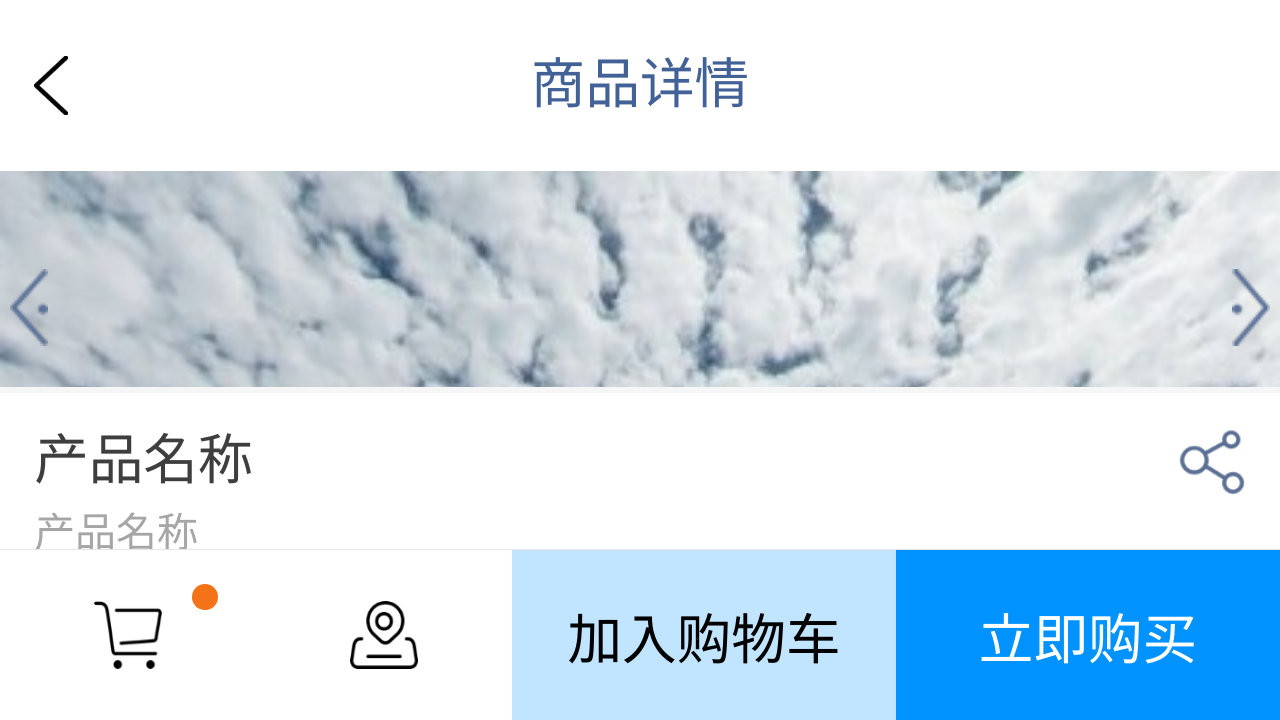
Repository: 421538074/sell
Page: consumer/goods-detail.html
An editor plug-in stored every save of this project. The page is shown before and after the next save, followed by the edit.
The browser window is 1280 px wide. The pictures show the whole page.
An inner scrolling area shows only its first screen.

Above is the page before, as saved 2019-05-30 17:32:36.

### consumer/goods-detail.html
<!DOCTYPE html>
<html lang="en">

<head>
    <meta charset="UTF-8">
    <meta name="viewport" content="width=device-width, initial-scale=1.0">
    <meta http-equiv="X-UA-Compatible" content="ie=edge">
    <title>商品详情</title>
    <link rel="stylesheet" href="../css/jquery.weui.css">
    <link rel="stylesheet" href="../css/base.css">
    <link rel="stylesheet" href="css/common.css">
    <link rel="stylesheet" href="../css/swiper.min.css">
    <link rel="stylesheet" href="css/goods-detail.css">
</head>

<body>
    <div id="app" class="content" :class="{blur:isShowPhotoReview}">
        <nav class="nav-bar-wrapper">
            <img src="../img/back.png" class="back-icon">
            <p class="nav-bar-title">商品详情</p>
        </nav>
        <div class="goods-pictures-wrapper">
            <div class="swiper-container swiper-container-pictures">
                <div class="swiper-wrapper">
                    <div class="swiper-slide" v-for="item in 5">
                        <img @click="openPhotoPreview" src="../img/1.jpg" class="slide-img" alt="">
                    </div>
                </div>
                <div class="swiper-button-next"></div>
                <div class="swiper-button-prev"></div>
            </div>
        </div>
        <div class="goods-detail-wrapper">
            <p class="main-title-wrapper">
                <span class="goods-title">产品名称</span>
                <img src="../img/share-icon.png" class="share-action-icon">
            </p>
            <p class="goods-title-desc">产品名称</p>
            <div class="goods-price-delivery">
                <p class="goods-price">￥123.00</p>
                <p class="delivery-fee">快递：免邮</p>
                <p class="sell-counts-month">月销量：124件</p>
            </div>
        </div>
        <div class="tab-bar-wrapper">
            <div @click="switchTab(0)" :class="{active:currentIndex == 0}" class="tab-bar-item">商品详情</div>
            <div @click="switchTab(1)" :class="{active:currentIndex == 1}" class="tab-bar-item">基本信息</div>
            <div @click="switchTab(2)" :class="{active:currentIndex == 2}" class="tab-bar-item">买家评论</div>
        </div>
        <div class="tab-content-wrapper">
            <div v-show="currentIndex == 0" class="content-detail">
                <img v-for="n in 10" src="../img/雷姆.jpg">
            </div>
            <div v-show="currentIndex == 1" class="content-detail">
                <p v-for="n in 10">看来地方静安寺发的水立方空间</p>
            </div>
            <div v-show="currentIndex == 2" class="content-detail">
                <p class="show-all-comments-count">
                    <span class="all-comments-title">全部评论（12）</span>
                    <img src="../img/arrow-right.png" class="review-all-icon">
                </p>
                <ul class="comments-list-wrapper">
                    <li v-for="n in 12" class="comment-item">
                        <img src="../img/1.jpg" class="user-logo">
                        <div class="username-socre">
                            <p class="username-date">
                                <span class="nickname">
                                    用户名称
                                </span>
                                <span class="comment-date">
                                    03月23日
                                </span>
                            </p>
                            <p class="score">
                                <img v-for="n in 4" src="../img/Star1.png" class="score-icon">
                                <img v-for="n in 1" src="../img/Star.png" class="score-icon">
                            </p>
                            <p class="comment-content">
                                评论内容发打开了房间打开了房间的发的拉粉丝空间的范德萨拉风科技的副科级偶给国家疯狂进攻该放垃圾而欧冠对方拉结公安
                            </p>
                            <p class="comment-img-wrapper">
                                <img v-for="n in 4" src="../img/1.jpg" class="comment-img">
                            </p>
                        </div>
                    </li>
                </ul>
            </div>
        </div>
        <div class="operation-bar">
            <span class="shop-cart">
                <img src="../img/shop-cart.png" class="shop-cart-icon">
                <i class="num-icon"></i>
            </span>
            <span class="address">
                <img src="../img/positon.png" class="position-icon">
            </span>
            <button class="add-to-cart">加入购物车</button>
            <button @click="openPhotoPreview" class="buy-now">立即购买</button>
        </div>
        <!-- 图片预览的数字 -->
        <span class="preview-num">
            1 / 5
        </span>
    </div>
    <script src="../js/api.js"></script>
    <script src="../js/jquery.min.js"></script>
    <script src="../js/swipe.js"></script>
    <script src="../js/swiper.min.js"></script>
    <script src="../js/weui.min.js"></script>
    <script src="../js/vue.js"></script>
    <script src="js/vue-mixin.js"></script>
    <script src="js/goods-detail.js"></script>
</body>

</html>

### css/base.css
/* http://meyerweb.com/eric/tools/css/reset/
   v2.0 | 20110126
   License: none (public domain)
*/

html,
body,
div,
span,
applet,
object,
iframe,
h1,
h2,
h3,
h4,
h5,
h6,
p,
blockquote,
pre,
a,
abbr,
acronym,
address,
big,
cite,
code,
del,
dfn,
em,
img,
ins,
kbd,
q,
s,
samp,
small,
strike,
strong,
sub,
sup,
tt,
var,
b,
u,
i,
center,
dl,
dt,
dd,
ol,
ul,
li,
fieldset,
form,
label,
legend,
table,
caption,
tbody,
tfoot,
thead,
tr,
th,
td,
article,
aside,
canvas,
details,
embed,
figure,
figcaption,
footer,
header,
hgroup,
menu,
nav,
output,
ruby,
section,
summary,
time,
mark,
audio,
video {
    margin: 0;
    padding: 0;
    border: 0;
    font-size: 100%;
    font: inherit;
    vertical-align: baseline;
}

/* HTML5 display-role reset for older browsers */
article,
aside,
details,
figcaption,
figure,
footer,
header,
hgroup,
menu,
nav,
section {
    display: block;
}

body {
    line-height: 1;
}

ol,
ul {
    list-style: none;
}

blockquote,
q {
    quotes: none;
}

blockquote:before,
blockquote:after,
q:before,
q:after {
    content: '';
    content: none;
}

table {
    border-collapse: collapse;
    border-spacing: 0;
}


body,
html {
    font-size: calc(100vw / 37.5) !important;
    font-family: PingFangSC-Medium;
    background: #F2F2F2;
}


[v-cloak] {
    display: none;
}


hr {
    margin: 0;
    padding: 0;
}

.clearfix {
    zoom: 1;
}

.clearfix:after {
    content: ".";
    display: block;
    visibility: hidden;
    height: 0;
    clear: both;
}

[v-cloak] {
    display: none;
}

### consumer/css/common.css
*{
    box-sizing: border-box;
}
html,body{
    background: #f6f6f6;
}
html,body,div.content{
    height: 100%;
}
/*底部菜单栏*/
nav.tool-bar-wrapper {
    height: 5rem;
    background: #ffffff;
    display: flex;
    align-items: center;
    justify-content: space-around;
}
a.nav-item {
    color: #888888;
    text-decoration: none;
    font-size: 1.5rem;
    display: flex;
    flex-direction: column;
    align-items: center;
    justify-content: space-around;
    height: 90%;
}
a.nav-item.active{
    color: #0093FF;
}
img.nav-item-icon{
    width: 1.5rem;
    height: 1.5rem;
}
.ellipsis{
    overflow: hidden;
    white-space: nowrap;
    text-overflow: ellipsis;
}
/*顶部返回栏 */
nav.nav-bar-wrapper {
    background: #FFFFFF;
    height: 5rem;
    display: flex;
    align-items: center;
    justify-content: space-around;
    position: fixed;
    width: 100%;
    top: 0;
    z-index: 2;
    font-size: 1.6rem;
    color: #426196;
}
img.back-icon {
    position: absolute;
    width: 1rem;
    left: 1rem;
}

### consumer/css/goods-detail.css
div.content{
    padding: 5rem 0;
    overflow: scroll;
}
div.content.blur{
    filter: blur(1rem);
}
.goods-pictures-wrapper ,.swiper-container-pictures{
    max-height: 30vh;
    overflow: hidden;
}
img.slide-img{
    width: 100%;
    height: 100%;
}
.swiper-button-next, .swiper-button-prev,
.swiper-button-prev, .swiper-container-rtl .swiper-button-next{
    outline: 0;
}
.swiper-button-prev, .swiper-container-rtl .swiper-button-next{
    background-image: url(../../img/left-arrow.png);
    background-size: 100% auto;
}
.swiper-button-next, .swiper-container-rtl .swiper-button-prev {
    background-image: url(../../img/right-arrow.png);
    background-size: 100% auto;
}
.swiper-button-next, .swiper-button-prev {
    width: 3vw;
    height: 8vw;
}
.goods-detail-wrapper {
    margin-top: 0.2rem;
    background: #ffffff;
    padding: 1rem;
}
p.main-title-wrapper {
    color: #3E3E3E;
    font-size: 1.6rem;
    display: flex;
    align-items: center;
    justify-content: space-between;
}
img.share-action-icon {
    width: 2rem;
}
p.goods-title-desc {
    font-size: 1.2rem;
    color: #A6A6A6;
    padding: 0.5rem 0;
}
.goods-price-delivery {
    display: flex;
    align-items: center;
    justify-content: space-between;
    padding: 0.5rem 0;
}
p.goods-price {
    color: #E85B27;
    font-size: 2rem;
}
p.delivery-fee ,p.sell-counts-month{
    color: #A6A6A6;
    font-size: 1.2rem;
}
p.delivery-fee {
    margin-left: 5rem;
}
.tab-bar-wrapper {
    display: flex;
    align-items: center;
    justify-content: space-around;
    height: 4rem;
    background: #fff;
    margin-top: 0.2rem;
}
.tab-bar-item {
    height: 100%;
    line-height: 4rem;
    color: #888888;
    font-size: 1.4rem;
    position: relative;
}
.tab-bar-item.active {
    color: #000000;
}
.tab-bar-item.active::after {
    content: '';
    position: absolute;
    width: 100%;
    height: 2px;
    background: #FFD162;
    bottom: -2px;
    left: 0;
    border-radius: 1rem;
}
.operation-bar {
    border-top: 1px solid #E6E6E6;
    height: 5rem;
    display: flex;
    align-items: center;
    justify-content: space-between;
    position: fixed;
    width: 100%;
    bottom: 0;
    background: #ffffff;
}
span.shop-cart,span.address {
    width: 20%;
    height: 2rem;
    position: relative;
    text-align: center;
}
img.shop-cart-icon,img.position-icon {
    width: 2rem;
    height: 100%;
}
button.add-to-cart,button.buy-now {
    border: none;
    height: 100%;
    outline: 0;
    flex: 1;
}
button.add-to-cart {
    background: #C1E5FF;
    color: #000000;
    font-size: 1.6rem;
}
button.buy-now {
    background: #0093FF;
    color: #ffffff;
    font-size: 1.6rem;
}
.tab-content-wrapper {
    margin-top: 2px;
    background: #FFFFFF;
}
.content-detail img {
    width: 100%;
    height: auto;
    display: block;
}
.content-detail p {
    font-size: 1.4rem;
    padding: 1rem;
    line-height: 1.6rem;
    color: #3E3E3E;
    display: flex;
    align-items: center;
    justify-content: space-between;
}
i.num-icon {
    display: block;
    position: absolute;
    width: 0.75rem;
    height: 0.75rem;
    background: #F47319;
    border-radius: 50%;
    top: -0.5rem;
    right: 15%;
}
img.review-all-icon {
    width: 0.8rem;
}
span.all-comments-title {
    color: #000000;
    font-size: 1.4rem;
}
img.user-logo {
    width: 4rem;
    height: 4rem;
    border-radius: 50%;
}
.comment-item {
    display: flex;
    align-items: flex-start;
    justify-content: space-between;
    padding: 0 1rem;
}
.username-socre {
    flex: 1;
}
span.nickname {
    color: #000000;
    font-size: 1.4rem;
}
span.comment-date {
    color: #B6B6B6;
    font-size: 1.2rem;
}
p.username-date,p.score {
    margin-top: 0.2rem;
    padding: 0 1rem;
}
p.score{
    justify-content: flex-start;
}
img.score-icon {
    width: 1.5rem;
    margin-right: 0.3rem;
}
p.comment-img-wrapper {
    justify-content: flex-start;
}
img.comment-img {
    width: 15vw;
    height: 15vw;
    border-radius: 0.2rem;
    margin-right: 3.2vw;
}
.weui-photo-browser-modal{
    z-index: 3;
    background: transparent;
}
.photo-container {
    padding: 1rem;
}
.weui-photo-browser-modal .photo-container img{
    border-radius: 1rem;
}

### js/api.js
function getUrlKey(name) {
    return decodeURIComponent((new RegExp('[?|&]' + name + '=' + '([^&;]+?)(&|#|;|$)').exec(location.href) || [, ""])[1].replace(/\+/g, '%20')) || null;
}


// window.warn = {
//     alert: function alert(msg) {
//         var template = `
// `
//         $('body').append(template);
//         $('.alert-body').animate({
//             top: "40px"
//         }, 200);
//         // setTimeout(function () {
//         //     warn.close();
//         // }, 1500);
//     },
//     close: function close() {
//         $('.alert-body').animate({
//             top: "-280px"
//         }, 200);
//         setTimeout(function () {
//             $('#alert-msg').remove();
//         }, 200);
//     }
// };

### consumer/js/vue-mixin.js
Vue.mixin({
    methods: {
        /**
         * 返回
         */
        back() {
            history.go(-1);
        },
        /**
         * 限制长度
         * @param {String} 要限制长度的字段
         * @param {Number} 长度
         */
        limitLength(key, length) {
            this[key] = this[key].substring(0, length);
        },
        /**
         * 验证11位手机号
         * @param {Number} phone
         */
        validatePhone(phone) {
            const phoneReg = /^[1-9][0-9]{9}[0-9]$/;
            return phoneReg.test(phone);
        },
        /**
         * 发送手机验证码
         * @param {Number} waitTimeKey 等待时间键名
         * @param {String} tipsKey 发送验证码显示的信息的键名
         * @param {String} phoneKey 手机号键名
         * @param {String} reSendMsg  按钮默认显示的文字
         */
        sendCode(waitTimeKey, tipsKey, phoneKey, defaultMsg) {
            if (!this.validatePhone(this[phoneKey])) {
                alert('无效手机号!');
                return;
            }
            if (this[waitTimeKey] == 60) {
                $.post('', {
                        phone: this[phoneKey]
                    }, (res) => {
                        if (res.status == 1) {
                            const interval = setInterval(() => {
                                if (this[waitTimeKey] == 1) {
                                    this[waitTimeKey] = 60;
                                    this[tipsKey] = defaultMsg;
                                    clearInterval(interval);
                                    return;
                                }
                                this[waitTimeKey] -= 1;
                                this[tipsKey] = `${this[waitTimeKey]}s`;
                            }, 1000);
                        } else {
                            alert('发送失败!');
                        }
                    }, 'json')
                    .fail(err => {
                        alert('服务器异常!');
                    });
            }
        },
        /**
         * 链接跳转
         * @param {String} url
         */
        linkTo(url) {
            window.location.href = url;
        }
    },
    filters: {

    }
})

### consumer/js/goods-detail.js
new Vue({
    el: '#app',
    data() {
        return {
            currentIndex: 0,
            photoPreview: '',
            isShowPhotoReview:false,
            currentPreviewIndex:0
        }
    },
    methods: {
        initSwiper() {
            if(this.isInitSwiper) {
                return;
            }
            this.isInitSwiper = true;
            new Swiper('.swiper-container', {
                slidesPerView: 1,
                spaceBetween: 30,
                loop: true,
                autoplay: true,
                navigation: {
                    nextEl: '.swiper-button-next',
                    prevEl: '.swiper-button-prev',
                },
            });
        },
        initPhotoPreview() {
            var vm = this;
            this.photoPreview = $.photoBrowser({
                items: ["../../img/1.jpg", "../../img/1.jpg", "../../img/1.jpg", "../../img/1.jpg", "../../img/1.jpg"],
                onClose:function() {
                    vm.isShowPhotoReview =false;
                },
                onSlideChange:function(index) {
                    this.currentPreviewIndex = index;
                }
            });

        },
        openPhotoPreview() {
            this.photoPreview.open();
            this.isShowPhotoReview = true;
        },
        switchTab(index) {
            if (this.currentIndex != index) {
                this.currentIndex = index;
            }
        }
    },
    mounted() {
        this.$nextTick(() => {
            this.initSwiper();
            this.initPhotoPreview();
        });
    },
});

Loaded but not shown: css/jquery.weui.css (library); css/swiper.min.css (library); js/jquery.min.js (library); js/swipe.js (library); js/swiper.min.js (library); js/weui.min.js (library); js/vue.js (library)

After the next save:
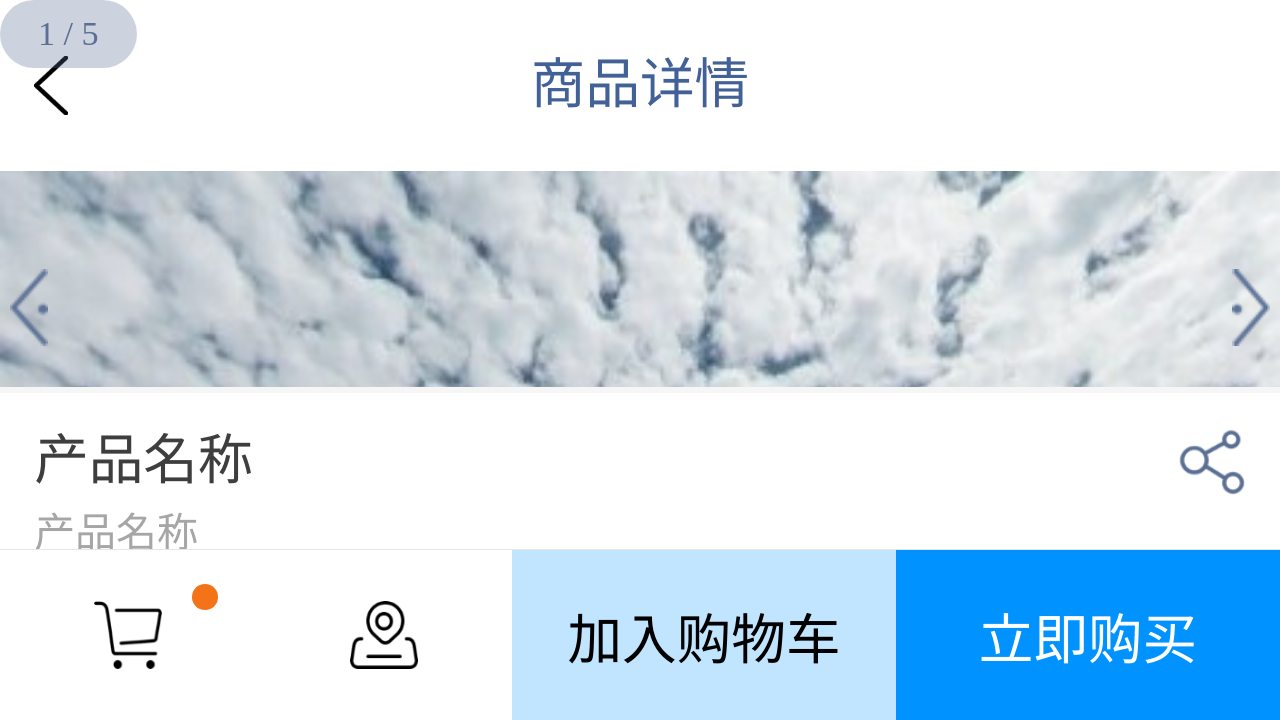
Saved 2 min 18 s later.
--- a/consumer/css/goods-detail.css
+++ b/consumer/css/goods-detail.css
@@ -218,3 +218,17 @@ img.comment-img {
 .weui-photo-browser-modal .photo-container img{
     border-radius: 1rem;
 }
+span.preview-num {
+    position: fixed;
+    display: flex;
+    min-width: 4rem;
+    height: 2rem;
+    z-index: 3;
+    top: 0;
+    left: 0;
+    border-radius: 5rem;
+    background: rgba(89, 109, 145, 0.3);
+    align-items: center;
+    justify-content: center;
+    color: #5A6F93;
+}

After the save that followed:
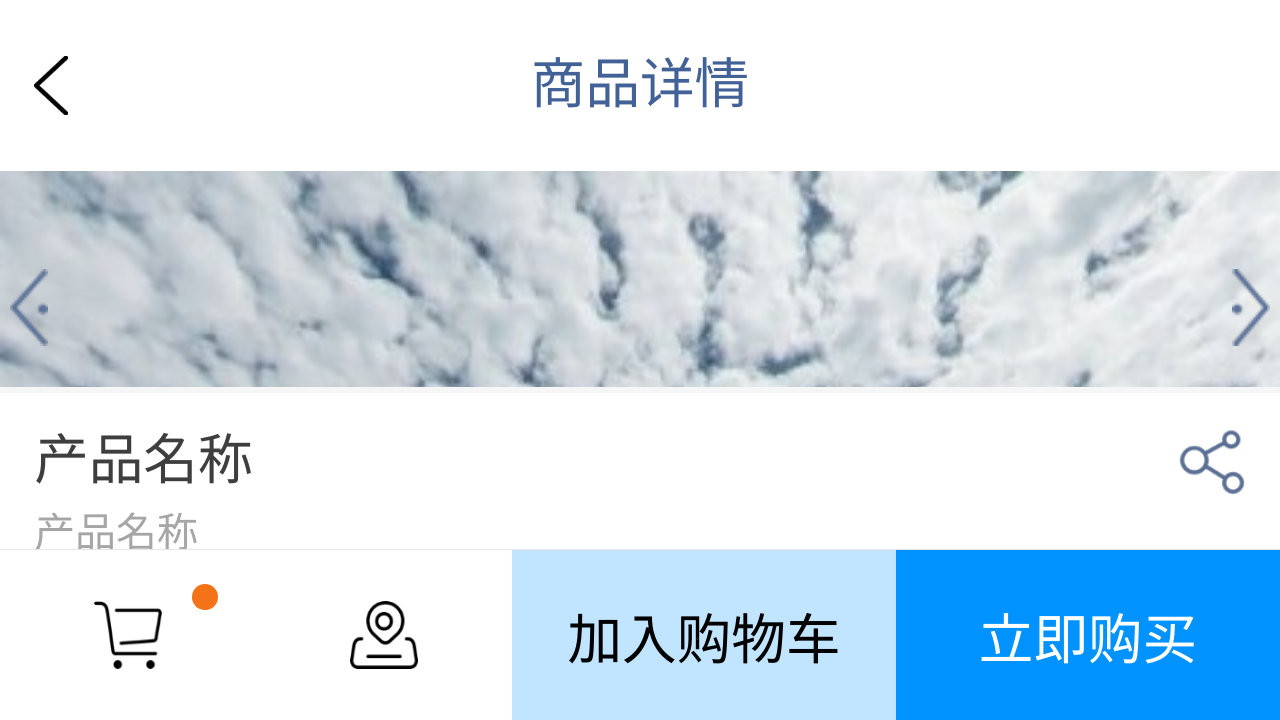
Saved 96 s later.
--- a/consumer/goods-detail.html
+++ b/consumer/goods-detail.html
@@ -98,9 +98,9 @@
             <button @click="openPhotoPreview" class="buy-now">立即购买</button>
         </div>
         <!-- 图片预览的数字 -->
-        <span class="preview-num">
+        <!-- <span class="preview-num">
             1 / 5
-        </span>
+        </span> -->
     </div>
     <script src="../js/api.js"></script>
     <script src="../js/jquery.min.js"></script>
